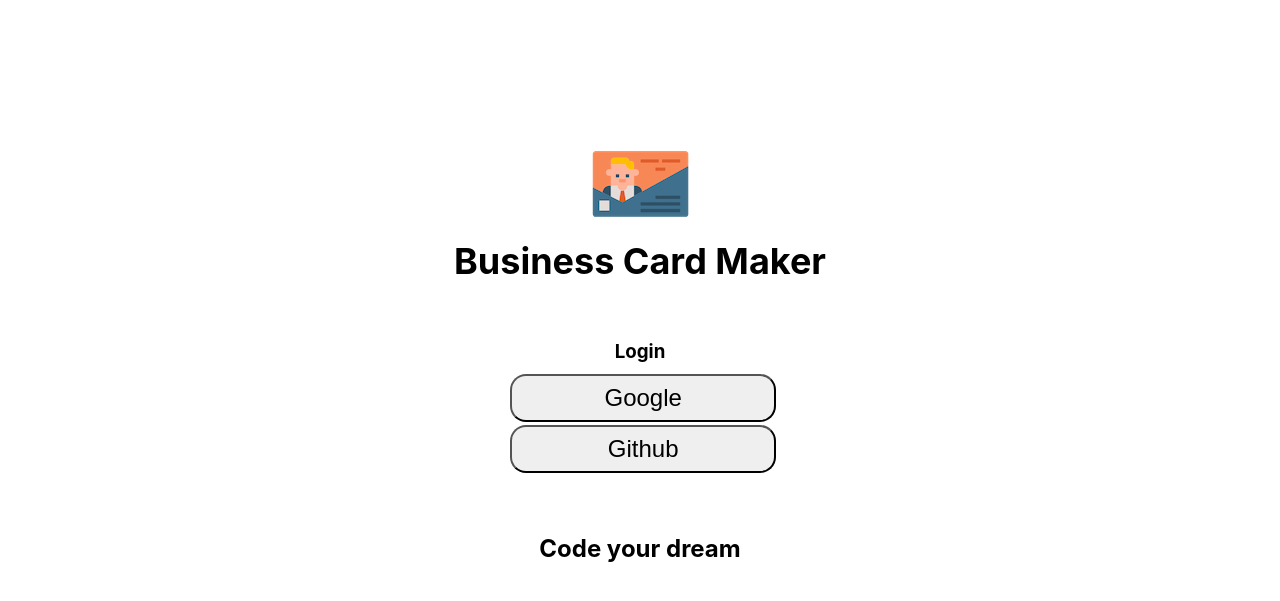
Repository: gomgomigom/firebase_practice_card_maker
Page: /
An editor plug-in stored every save of this project. The page is shown before and after the next save, followed by the edit.
The browser window is 1280 px wide. The pictures show the whole page.
The project was rebuilt for these pictures with package versions that can differ from the ones it lists, and the page was loaded fresh each time. Some packages were replaced by stand-ins written for this rebuild. Settings that the repository does not hold, such as keys and server addresses, were given made-up values.

Above is the page before, as saved 2022-01-21 14:39:48.

After the next save:
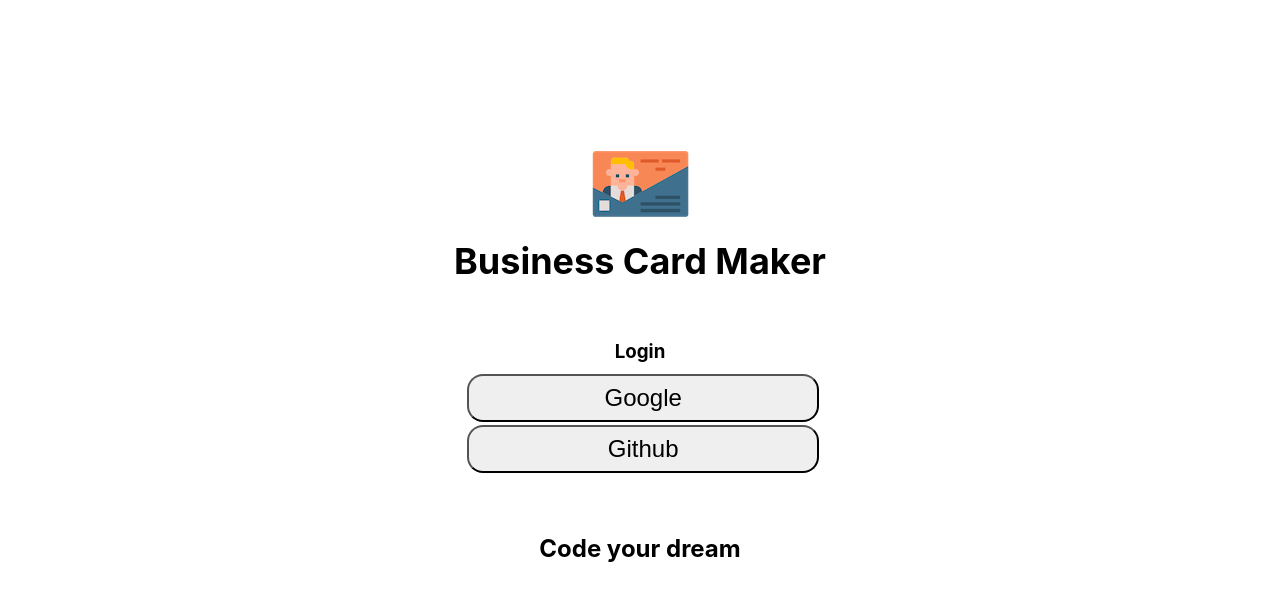
Saved 8 s later.
--- a/src/components/login/login.module.css
+++ b/src/components/login/login.module.css
@@ -14,7 +14,6 @@
 .loginList {
   width: 100%;
   height: 14rem;
-  padding: 0 3rem;
   flex-direction: column;
   display: flex;
   align-items: center;
